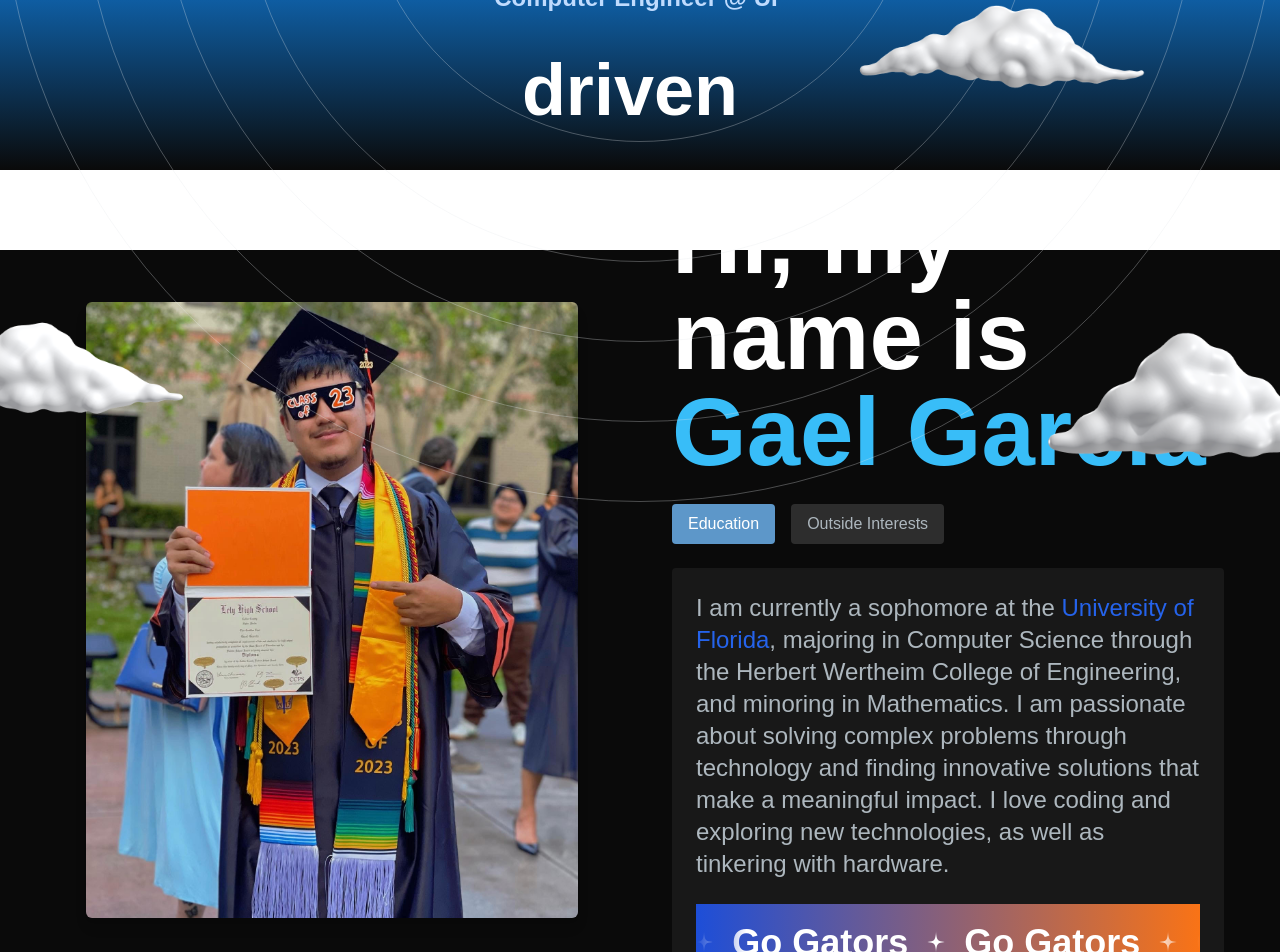
Repository: GG1627/2d-portfolio
Page: /
These files come from the project's save history. The page is drawn as it stood at one moment and after the next save; the edit follows.
The browser window is 1280 px wide. The pictures show the part of the page from y = 550 to 1502 px (the page is 5640 px tall).
The project was rebuilt for these pictures with package versions that can differ from the ones it lists, and the page was loaded fresh each time. The framework's server and built-in components were replaced by stand-ins that run in the browser. Also part of the build but not shown: next.config.ts.

Above is the page before, as saved 2025-01-08 13:19:41.

### app/page.tsx
import { Hero } from "./sections/Hero";
import { Stack } from "./sections/Stack";
import { Projects } from "./sections/Projects";
import { Navbar } from "./sections/Navbar";
import About from "./sections/About";
import { Contact } from "./sections/Contact";

export default function Home() {
  return (
    <div>
      <Navbar />
      <Hero />
      <About />
      <Projects />
      <Stack />
      <Contact />
    </div>
  );
}

### app/globals.css
@tailwind base;
@tailwind components;
@tailwind utilities;

:root {
  --background: #ffffff;
  --foreground: #171717;
}

@media (prefers-color-scheme: dark) {
  :root {
    --background: #0a0a0a;
    --foreground: #ededed;
  }
}

body {
  color: var(--foreground);
  background: var(--background);
  font-family: Arial, Helvetica, sans-serif;
}

/* Custom Animation for Sliding Text */
@keyframes move-left {
  0% {
    transform: translateX(0%);
  }
  100% {
    transform: translateX(-50%);
  }
}

.animate-slide-left {
  animation: move-left 10s linear infinite;
}

### app/sections/Hero.tsx
"use client";
import Image from "next/image";
import { TypeAnimation } from "react-type-animation";
import React from "react";
import ParallaxClouds from "../components/Clouds";
import Avatar from "./../assets/avatar.png";

export const Hero = () => {
  return (
    <div
      style={{
        background:
          "linear-gradient(180deg, #557BAD, #8BAAC4, #5D97C9, #0F62AB, #0a0a0a)",
      }}
      className="overflow-x-clip min-h-screen pb-2 flex items-center justify-center relative"
    >
      <div className="container mx-auto space-y-10 flex items-center justify-center flex-col text-center">
        <div className="w-[320px] h-[320px] rounded-full overflow-hidden bg-slate-200">
          <Image
            src={Avatar}
            alt="avatar"
            className="object-cover"
            width={320}
            height={320}
          />
        </div>
        <h1 className="text-blue-200 font-extrabold text-8xl">Hi, I'm Gael!</h1>
        <p className="text-blue-200 text-2xl font-semibold max-w-[500px]">
          Computer Engineer @ UF
        </p>
        <TypeAnimation
          className="text-7xl text-white inline-block font-extrabold"
          wrapper="h1"
          cursor={true}
          repeat={Infinity}
          sequence={[
            "leader",
            1000,
            "creative",
            1000,
            "passionate",
            1000,
            "driven",
            1000,
            "adaptable",
            1000,
            "ambitious",
            1000,
          ]}
        />
        <ParallaxClouds />
      </div>
    </div>
  );
};

### app/sections/Stack.tsx
"use client";
import React, { useEffect } from "react";
import {
  SiReact,
  SiNodedotjs,
  SiCplusplus,
  SiPython,
  SiThreedotjs,
  SiNextdotjs,
  SiFirebase,
  SiRedux,
  SiJavascript,
  SiTypescript,
} from "react-icons/si";
import { motion, useAnimation } from "framer-motion";
import { useInView } from "react-intersection-observer";

const stackItems = [
  {
    id: 1,
    name: "C++",
    icon: <SiCplusplus size={100} />,
    color: "text-sky-400",
  },
  {
    id: 2,
    name: "Python",
    icon: <SiPython size={100} />,
    color: "text-sky-400",
  },
  {
    id: 3,
    name: "JavaScript",
    icon: <SiJavascript size={100} />,
    color: "text-sky-400",
  },
  {
    id: 4,
    name: "TypeScript",
    icon: <SiTypescript size={100} />,
    color: "text-sky-400",
  },
  {
    id: 5,
    name: "React",
    icon: <SiReact size={100} />,
    color: "text-sky-400",
  },
  {
    id: 6,
    name: "Node.js",
    icon: <SiNodedotjs size={100} />,
    color: "text-sky-400",
  },
  {
    id: 7,
    name: "Three.js",
    icon: <SiThreedotjs size={100} />,
    color: "text-sky-400",
  },
  {
    id: 8,
    name: "Next.js",
    icon: <SiNextdotjs size={100} />,
    color: "text-sky-400",
  },
  {
    id: 9,
    name: "Firebase",
    icon: <SiFirebase size={100} />,
    color: "text-sky-400",
  },
  {
    id: 10,
    name: "Redux",
    icon: <SiRedux size={100} />,
    color: "text-sky-400",
  },
];

const itemVariants = {
  hidden: (index: number) => ({
    opacity: 0,
    x: index % 2 === 0 ? -100 : 100,
  }),
  visible: {
    opacity: 1,
    x: 0,
    transition: {
      duration: 3,
    },
  },
};

export const Stack = () => {
  const controls = useAnimation();
  const [ref, inView] = useInView({
    threshold: 0.1,
  });

  useEffect(() => {
    if (inView) {
      controls.start("visible");
    } else {
      controls.start("hidden");
    }
  }, [controls, inView]);

  return (
    <section className="">
      <div className=" max-w-[250px] mx-auto text-center">
        <h2 className="text-7xl text-gray-200 font-bold mb-10">My Stack</h2>
        <div className="grid gap-8" ref={ref}>
          {stackItems.map((item, index) => (
            <motion.div
              key={item.id}
              custom={index}
              initial="hidden"
              animate={controls}
              variants={itemVariants}
              className="bg-white/10 flex justify-center items-center flex-row rounded-xl shadow-lg p-4 hover:shadow-2xl"
            >
              <div className={`mb-4 ${item.color}`}>{item.icon}</div>
              <p className="text-white/20 text-3xl transform rotate-[-90deg]">
                {item.name}
              </p>
            </motion.div>
          ))}
        </div>
      </div>
    </section>
  );
};

### app/sections/Projects.tsx
import React from "react";
import ProjectCard from "../components/ProjectCard";

const projectsData = [
  {
    id: 1,
    title: "3D Portfolio",
    description:
      "An immersive, fully interactive 3D portfolio that seamlessly integrates 2D elements, providing a dynamic and engaging experience for users to explore the app in a visually compelling environment.",
    image: "images/netflix.png",
    tag: ["All", "Web"],
    gitUrl: "/",
    previewUrl: "/",
    tools: [
      "TypeScript",
      "React",
      "React-Three-Fiber",
      "Three.js",
      "GSAP",
      "HTML",
      "CSS",
    ],
  },
  {
    id: 2,
    title: "2D Portfolio",
    description:
      "A dynamic portfolio featuring engaging animations, designed to serve as a 2D component within my 3D portfolio project.",
    image: "images/netflix.png",
    tag: ["All", "Web"],
    gitUrl: "/",
    previewUrl: "/",
    tools: [
      "TypeScript",
      "React",
      "Next.js",
      "Framer Motion",
      "Parallax",
      "HTML",
      "Tailwind CSS",
      "Vercel",
    ],
  },
  {
    id: 3,
    title: "Netflix Clone",
    description:
      "Developed a fully functional Netflix clone with user authentication, movie browsing, subscription management, and recurring payments, delivering an immersive streaming experience.",
    image: "images/netflix.png",
    tag: ["All", "Web"],
    gitUrl: "https://github.com/GG1627/Netflix-clone",
    previewUrl: "https://movieappv2-8361c.web.app/",
    tools: [
      "JavaScript",
      "React",
      "Redux",
      "Firebase",
      "Stripe",
      "API",
      "HTML",
      "CSS",
    ],
  },
  {
    id: 4,
    title: "Game Twin",
    description:
      "Developed a web application that uses Quick Sort and Cocktail Sort algorithms to provide personalized video game recommendations based on parameters such as Metacritic ratings and achievements, leveraging a dataset of over 470,000 games.",
    image: "images/gameTwin.png",
    tag: ["All", "Web"],
    gitUrl: "https://github.com/GG1627/Game-Twin",
    previewUrl: "https://game-twin.onrender.com/",
    tools: ["C++", "Python", "Django", "Flask", "HTML", "CSS"],
  },
  {
    id: 5,
    title: "Manim Data Structures",
    description:
      "Collaborating on an open-source project to develop a Python plugin with the Manim library for animating and visualizing data structures, enhancing the understanding of complex algorithms.",
    image: "images/manim.png",
    tag: ["All", "Web"],
    gitUrl: "https://github.com/ufosc/manim-data-structures",
    previewUrl: "",
    tools: ["Python", "Manim", "Mobjects"],
  },
  {
    id: 6,
    title: "Minesweeper",
    description:
      "Recreated the classic Minesweeper game with full functionality, including a timer, mine count, flag placement, and leaderboard, offering an engaging and complete user experience.",
    image: "images/minesweeper.png",
    tag: ["All", "Web"],
    gitUrl: "https://github.com/GG1627/MineSweeper",
    previewUrl: "",
    tools: ["C++", "SFML", "Chronos"],
  },
];

export const Projects = () => {
  return (
    <>
      <h2 className="text-center text-6xl font-bold text-[#5D97C9] mt-4 mb-10">
        My Projects
      </h2>
      <div className="grid md:grid-cols-3 gap-8 md:gap-12 px-10">
        {projectsData.map((project) => (
          <ProjectCard
            key={project.id}
            title={project.title}
            description={project.description}
            imgUrl={project.image}
            gitUrl={project.gitUrl}
            previewUrl={project.previewUrl}
            tools={project.tools}
          />
        ))}
      </div>
    </>
  );
};

### app/sections/Navbar.tsx
"use client";
import React, { useState } from "react";
import { AiOutlineMenu, AiOutlineClose } from "react-icons/ai";
import { motion } from "framer-motion";

const navLinks = [
  { title: "About", path: "#about" },
  { title: "Projects", path: "#Projects" },
  { title: "Stack", path: "#Stack" },
  { title: "Contact", path: "#Contact" },
];

export const Navbar = () => {
  const [nav, setNav] = useState(false);

  const toggleNav = () => {
    setNav(!nav);
  };

  const closeNav = () => {
    setNav(false);
  };

  const menuVariants = {
    open: {
      x: 0,
      transition: {
        stiffness: 20,
        damping: 15,
      },
    },
    close: {
      x: "-100%",
      transition: {
        stiffness: 20,
        damping: 15,
      },
    },
  };

  return (
    <div className="z-50 fixed left-[40%] text-white font-bold">
      <div className="border border-white/20 mt-12 backdrop-blur-xl rounded-3xl hidden md:flex items-center justify-center p-2 max-w-[400px] mx-auto">
        <ul className="flex flex-row p-2 space-x-8">
          {navLinks.map((link, index) => (
            <li key={index}>
              <a
                href={link.path}
                className="transform hover:skew-x-12 hover:text-white/50 transition-all duration-300 ease-in-out"
              >
                {link.title}
              </a>
            </li>
          ))}
        </ul>
      </div>

      <div
        onClick={toggleNav}
        className="z-50 md:hidden absolute top-5 left-5 border rounded text-white/70 border-white/70 p-2"
      >
        {nav ? <AiOutlineClose size={30} /> : <AiOutlineMenu size={30} />}
      </div>

      <motion.div
        initial={false}
        animate={nav ? "open" : "closed"}
        variants={menuVariants}
        className="fixed left-0 top-0 w-full h-full bg-black/90 hidden md:hidden"
      >
        <ul className="flex flex-col items-center justify-center space-y-8 h-full">
          {navLinks.map((link, index) => (
            <li key={index}>
              <a href={link.path} onClick={closeNav} className="text-5xl">
                {link.title}
              </a>
            </li>
          ))}
        </ul>
      </motion.div>
    </div>
  );
};

### app/sections/About.tsx
"use client";
import React, { Fragment, useState } from "react";
import StarIcon from "../assets/star.svg";

const About: React.FC = () => {
  const slidingText = [
    "Go Gators",
    "Go Gators",
    "Go Gators",
    "Go Gators",
    "Go Gators",
    "Go Gators",
    "Go Gators",
  ];

  const [activeTab, setActiveTab] = useState<"education" | "interests">(
    "education"
  );

  const handleTabClick = (tab: "education" | "interests") => {
    setActiveTab(tab);
  };

  return (
    <div className="h-screen flex flex-col md:flex-row p-6 bg-[#0a0a0a] text-white mt-20">
      {/* Left Section: Profile Picture */}
      <div className="flex-grow md:flex-grow-0 md:basis-1/2 flex items-center justify-center">
        <img
          src="/images/pic.jpg"
          alt="Gael's Picture"
          className="w-[90%] h-auto md:w-[80%] md:h-auto rounded-md object-cover shadow-lg"
        />
      </div>

      {/* Right Section: Content */}
      <div className="flex-grow md:basis-1/2 flex flex-col justify-center items-start p-8">
        {/* Greeting */}
        <h1 className="text-8xl font-bold mb-6">
          Hi, my name is
          <span className="text-sky-400"> Gael Garcia</span>
        </h1>

        {/* Tabs */}
        <div className="flex space-x-4 mb-6 ">
          <button
            className={`px-4 py-2 rounded ${
              activeTab === "education"
                ? "bg-[#5D97C9] text-white"
                : "bg-[#2D2D2D] text-[#ADB7BE]"
            }`}
            onClick={() => handleTabClick("education")}
          >
            Education
          </button>
          <button
            className={`px-4 py-2 rounded ${
              activeTab === "interests"
                ? "bg-[#5D97C9] text-white"
                : "bg-[#2D2D2D] text-[#ADB7BE]"
            }`}
            onClick={() => handleTabClick("interests")}
          >
            Outside Interests
          </button>
        </div>

        {/* Tab Content */}
        <div className="p-6 rounded bg-[#181818] w-full">
          {activeTab === "education" ? (
            <div>
              <p className="text-[#ADB7BE] text-2xl">
                I am currently a sophomore at the{" "}
                <span className="text-blue-600">University of Florida</span>,
                majoring in Computer Science through the Herbert Wertheim
                College of Engineering, and minoring in Mathematics. I am
                passionate about solving complex problems through technology and
                finding innovative solutions that make a meaningful impact. I
                love coding and exploring new technologies, as well as tinkering
                with hardware.
              </p>

              <div className="py-6">
                <div className="bg-gradient-to-r from-blue-700 to-orange-500 overflow-x-clip">
                  <div
                    className="flex"
                    style={{
                      WebkitMaskImage:
                        "linear-gradient(to right, transparent, black 10%, black 90%, transparent)",
                      maskImage:
                        "linear-gradient(to right, transparent, black 10%, black 90%, transparent)",
                    }}
                  >
                    <div className="flex-none py-4 animate-move-left">
                      {[...new Array(2)].fill(0).map((_, idx) => (
                        <Fragment key={idx}>
                          {slidingText.map((text, index) => (
                            <div
                              key={index}
                              className="inline-flex items-center justify-center"
                            >
                              <span
                                key={index}
                                className="text-white font-semibold text-4xl leading-tight"
                              >
                                {text}
                              </span>
                              <StarIcon className="size-6 text-white ml-4 mr-4" />
                            </div>
                          ))}
                        </Fragment>
                      ))}
                    </div>
                  </div>
                </div>
              </div>
            </div>
          ) : (
            <div>
              <p className="text-[#ADB7BE] text-xl">
                Outside of my studies, I enjoy playing pickleball, eating tacos,
                and watching soccer. Music is a big part of my life, and I love
                discovering new songs and artists that match my mood. Spending
                quality time with friends and family is also something I deeply
                value, whether it's sharing a meal, watching a game, or just
                catching up on life.
              </p>
            </div>
          )}
        </div>
      </div>
    </div>
  );
};

export default About;

### app/sections/Contact.tsx
export const Contact = () => {
  return <div className="w-full h-screen">Contact</div>;
};

### app/components/ProjectCard.tsx
"use client";
import React from "react";
import { CodeBracketIcon, EyeIcon } from "@heroicons/react/24/outline";
import Link from "next/link";

interface ProjectCardProps {
  imgUrl: string;
  title: string;
  description: string;
  gitUrl: string;
  previewUrl: string;
  tools: string[]; // tools as an array of strings
}

const ProjectCard: React.FC<ProjectCardProps> = ({
  imgUrl,
  title,
  description,
  gitUrl,
  previewUrl,
  tools,
}) => {
  return (
    <div>
      <div
        className="h-52 md:h-72 rounded-t-xl relative group"
        style={{ background: `url(${imgUrl})`, backgroundSize: "cover" }}
      >
        <div className="overlay items-center justify-center absolute top-0 left-0 w-full h-full bg-[#181818] bg-opacity-0 hidden group-hover:flex group-hover:bg-opacity-80 transition-all duration-500">
          <Link
            href={gitUrl}
            className="h-14 mr-2 w-14 border-2 relative rounded-full border-[#ADB7BE] hover:border-white group/link"
          >
            <CodeBracketIcon className="h-10 w-10 text-[#ADB7BE] absolute top-1/2 left-1/2 transform -translate-x-1/2 -translate-y-1/2 cursor-pointer group-hover/link:text-white" />
          </Link>
          {previewUrl && (
            <Link
              href={previewUrl}
              className="h-14 w-14 border-2 relative rounded-full border-[#ADB7BE] hover:border-white group/link"
            >
              <EyeIcon className="h-10 w-10 text-[#ADB7BE] absolute top-1/2 left-1/2 transform -translate-x-1/2 -translate-y-1/2 cursor-pointer group-hover/link:text-white" />
            </Link>
          )}
        </div>
      </div>
      <div className="text-white rounded-b-xl mt-2 bg-[#0a0a0a] py-6 px-4">
        <h5 className="text-xl font-semibold mb-2 text-[#5D97C9]">{title}</h5>
        <p className="text-[#ADB7BE]">{description}</p>
        {/* Tools section */}
        <div className="mt-4">
          <h6 className="text-[#ADB7BE] font-semibold mb-2">Tools Used:</h6>
          <div className="flex flex-wrap gap-2">
            {tools.map((tool, index) => (
              <span
                key={index}
                className="bg-[#5D97C9] bg-opacity-[10%] text-[#5D97C9] px-4 py-1 rounded-full text-sm"
              >
                {tool}
              </span>
            ))}
          </div>
        </div>
      </div>
    </div>
  );
};

export default ProjectCard;

### app/components/Circles.tsx
export const Circles = () => {
  return (
    <>
      <div className="aspect-square absolute opacity-30 top-1/2 left-1/2 w-[60rem] border rounded-full -translate-x-1/2 -translate-y-1/2"></div>
      <div className="aspect-square absolute opacity-30 top-1/2 left-1/2 w-[50rem] border rounded-full -translate-x-1/2 -translate-y-1/2"></div>
      <div className="aspect-square absolute opacity-30 top-1/2 left-1/2 w-[35rem] border rounded-full -translate-x-1/2 -translate-y-1/2"></div>
      {/* <div className="aspect-square absolute opacity-30 top-1/2 left-1/2 w-[20rem] border rounded-full -translate-x-1/2 -translate-y-1/2"></div> */}
      <div className="aspect-square absolute opacity-30 top-1/2 left-1/2 w-[70rem] border rounded-full -translate-x-1/2 -translate-y-1/2"></div>
      <div className="aspect-square absolute opacity-30 top-1/2 left-1/2 w-[80rem] border rounded-full -translate-x-1/2 -translate-y-1/2"></div>
    </>
  );
};

### tailwind.config.ts
import type { Config } from "tailwindcss";

export default {
  content: [
    "./pages/**/*.{js,ts,jsx,tsx,mdx}",
    "./components/**/*.{js,ts,jsx,tsx,mdx}",
    "./app/**/*.{js,ts,jsx,tsx,mdx}",
  ],
  theme: {
    extend: {
      colors: {
        background: "var(--background)",
        foreground: "var(--foreground)",
      },
      animation: {
        "move-left": "move-left 10s linear infinite",
      },

      keyframes: {
        "move-left": {
          "0%": {
            transform: "translateX(0%)",
          },
          "100%": {
            transform: "translateX(-50%)",
          },
        },
      },
    },
    screens: {
      sm: "640px",
      md: "768px",
      lg: "1024px",
      xl: "1280px",
    },
  },
  plugins: [],
} satisfies Config;

Loaded but not shown: app/layout.tsx (common file); app/components/Clouds.tsx (129 lines, source omitted)

After the next save:
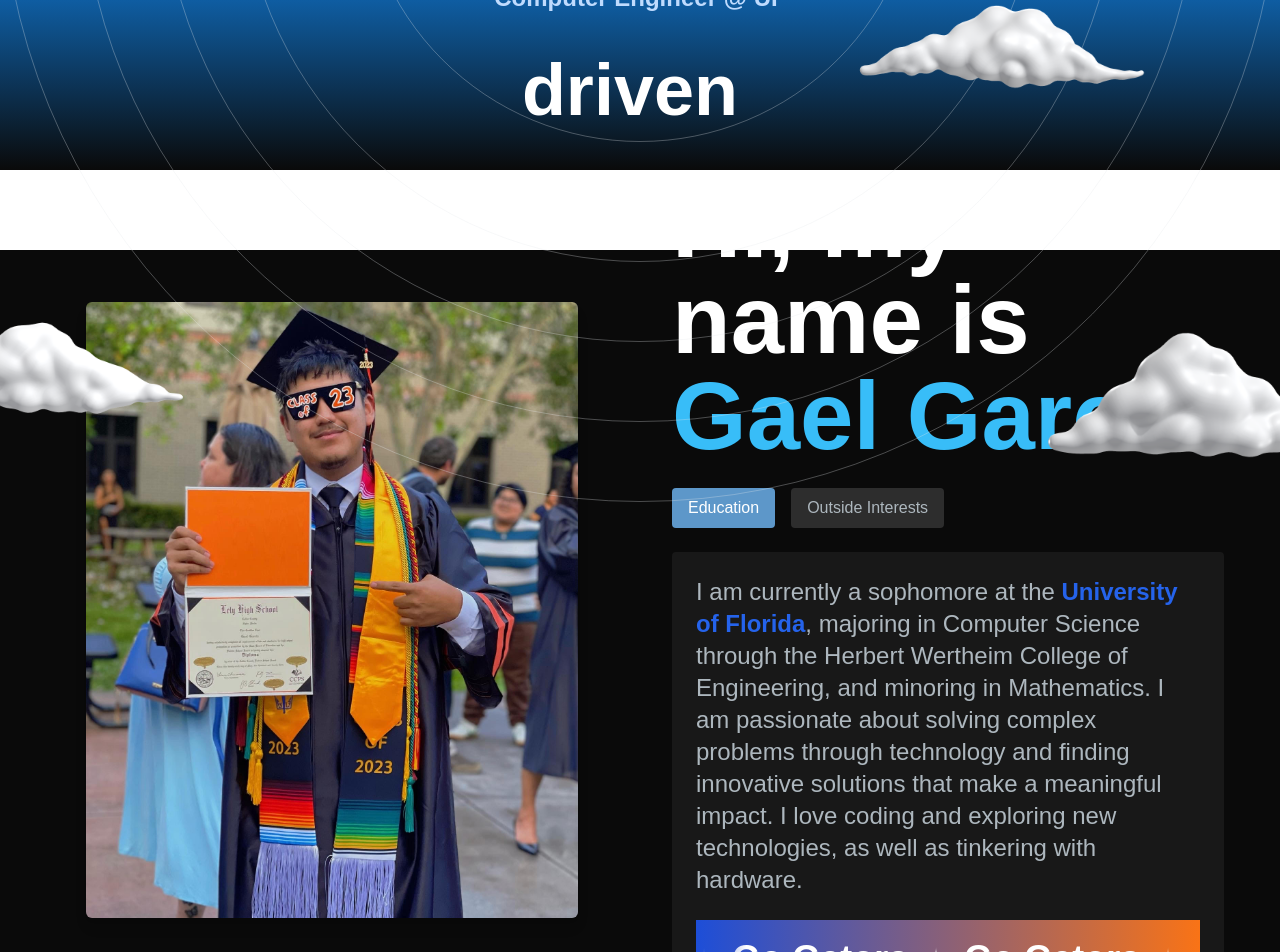
Saved 17 s later.
--- a/app/sections/About.tsx
+++ b/app/sections/About.tsx
@@ -70,8 +70,10 @@
             <div>
               <p className="text-[#ADB7BE] text-2xl">
                 I am currently a sophomore at the{" "}
-                <span className="text-blue-600">University of Florida</span>,
-                majoring in Computer Science through the Herbert Wertheim
+                <span className="text-blue-600 font-semibold">
+                  University of Florida
+                </span>
+                , majoring in Computer Science through the Herbert Wertheim
                 College of Engineering, and minoring in Mathematics. I am
                 passionate about solving complex problems through technology and
                 finding innovative solutions that make a meaningful impact. I
